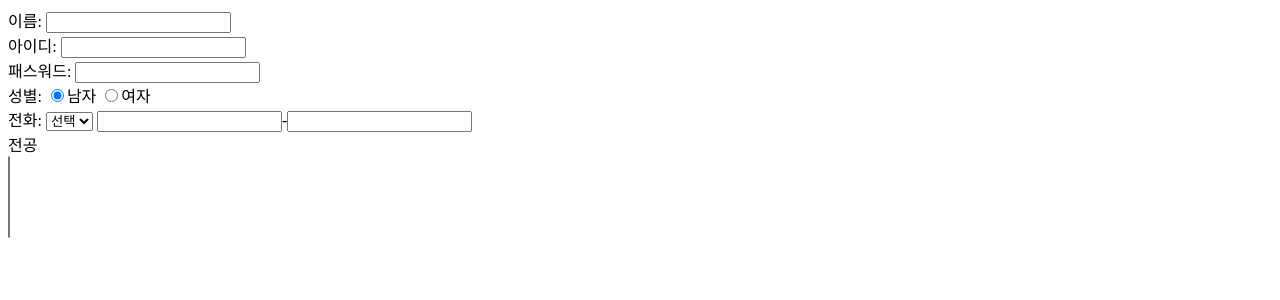
Repository: o3orr/jsp_study
Page: http://localhost/web-study-02/form.jsp
An editor plug-in stored every save of this project. The page is shown before and after the next save, followed by the edit.
The browser window is 1280 px wide. The pictures show the whole page.
The page is served by Tomcat 9.

Above is the page before, as saved 2024-02-28 03:16:48.

After the next save:
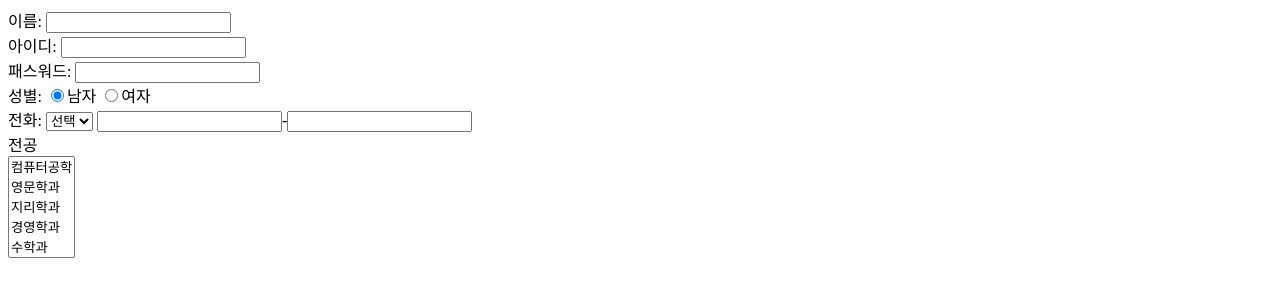
Saved 73 s later.
--- a/web-study-02/src/main/webapp/form.jsp
+++ b/web-study-02/src/main/webapp/form.jsp
@@ -26,7 +26,11 @@
 
 전공<br/>
 <select name="major" multiple="multiple" size="5">
-
+<option value="컴퓨터공학">컴퓨터공학</option>
+<option value="영문학과">영문학과</option>
+<option value="지리학과">지리학과</option>
+<option value="경영학과">경영학과</option>
+<option value="수학과">수학과</option>
 </select>
 
 
